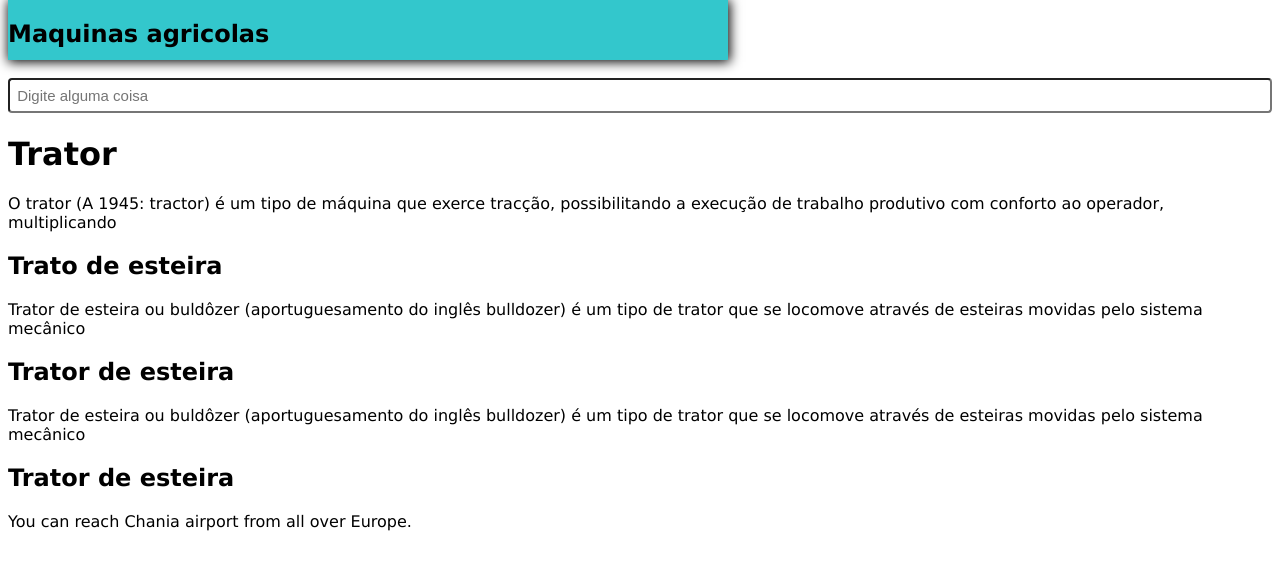
Repository: ecrseer/pesquisa-carros-html
Page: news.html
The author's editor kept a copy of each file at every save. The page is drawn from the files as they stood at one save, then again after a run of saves.
The browser window is 1280 px wide. The pictures show the whole page.

Above is the page before, as saved 2022-01-21 16:31:48.

### news.html
<!doctype html>

<html lang="pt-br">
  <html lang="pt-br">
    <head>
        <meta charset="UTF-8"/>
        <meta name="viewport" content="width=device-width,
        initial-scale=1.0"/>
        <meta http-equiv="X-UA-Compatible" content="ie=edge">
        <title>Vendarro LTDA</title>

  <link rel="stylesheet" href="news.css">

</head>

<body>
    <nav class="header">
        <h1>Maquinas agricolas</h1>

      </nav>
      <div class="">
        <div class="espaco"></div>
        <div class="row">
               <input type="text" class="maxwidth borda-redonda" placeholder="Digite alguma coisa">
        </div>


        <div  >
          <h1>Trator</h1>
          <p>O trator (A 1945: tractor) é um tipo de máquina que exerce tracção, possibilitando a execução de trabalho produtivo com conforto ao operador, multiplicando </p>
        </div>

        <div class="col-3 col-s-12">
          <div class="aside">
            <h2>Trato de esteira</h2>
            <p>Trator de esteira ou buldôzer (aportuguesamento do inglês bulldozer) é um tipo de trator que se locomove através de esteiras movidas pelo sistema mecânico</p>
            <h2>Trator de esteira</h2>
            <p>Trator de esteira ou buldôzer (aportuguesamento do inglês bulldozer) é um tipo de trator que se locomove através de esteiras movidas pelo sistema mecânico</p>
            <h2>Trator de esteira</h2>
            <p>You can reach Chania airport from all over Europe.</p>

          </div>
        </div>


      </div>

  <script src="scripts.js"></script>

</body>
</html>

### news.css
* {
    box-sizing: border-box;
    --topbar-altura:60px;
  }

  html {
    font-family: "Lucida Sans", sans-serif;
  }
  .espaco{
    height: calc(var(--topbar-altura) + 10px);
  }
  .maxwidth{
    width: 100%;
  }
  .borda-redonda{
    border-radius: 4px;
  }
  input{
    padding: 1vh;
    font-size: 15px;
  }

  .header {
    background-color: #33c7cc;
    position: fixed;
    top:0;
    width: 100vh;
    max-height: var(--topbar-altura);
    box-shadow: 1px 1px 11px 1px;
  }

### scripts.js
function recurs(nmbr){

    if (nmbr==1)
    return 1;
    else
    arr.push(3*recurs(nmbr-1));
}

let
    isWhite = false,
    arr=[];
    let
    fixo=new Array(5);

    fixo[0]='E';
    fixo[4]='S';
    console.log(fixo);


function changeTheme(){
    isWhite ? document.querySelector("body").style.backgroundColor='#010101' :
    document.querySelector("body").style.backgroundColor='#fff';

    isWhite= !isWhite;

    function hapn(){
        console.log('data');
    }

    console.log(arr);
}

After the next 5 saves:
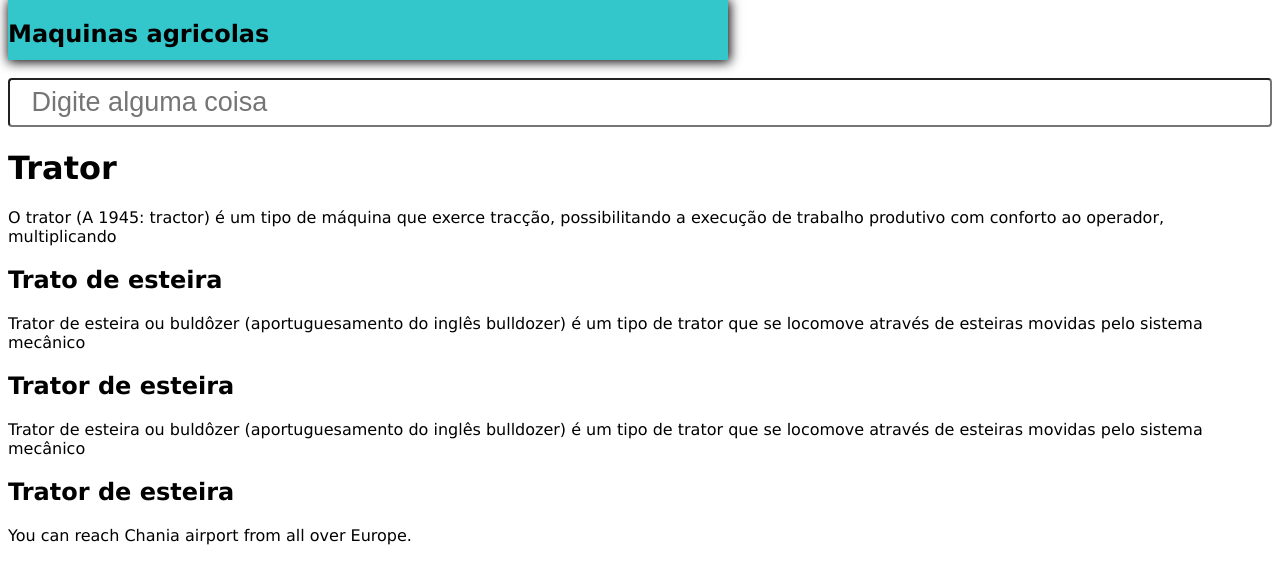
The 5 saves are shown as one change because they came seconds apart.
The last was saved 16 s later.
--- a/news.css
+++ b/news.css
@@ -17,7 +17,8 @@
   }
   input{
     padding: 1vh;
-    font-size: 15px;
+    padding-left: 3vh;
+    font-size: 27px;
   }
 
   .header {
